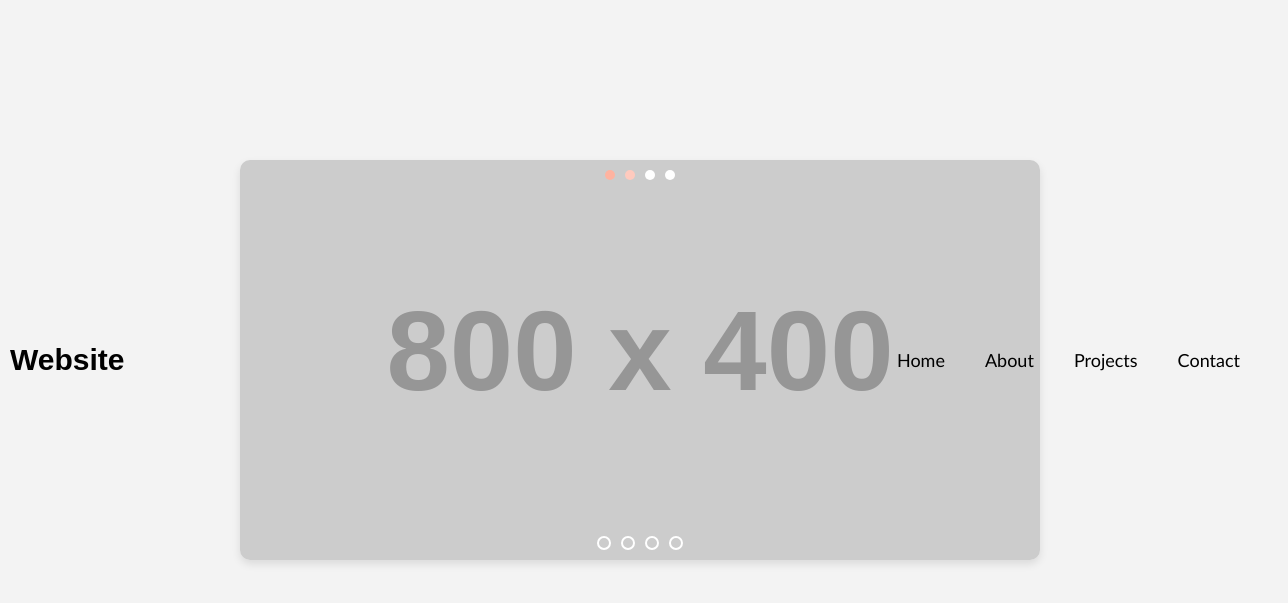
Repository: alishbah7/Choice1
Page: index.html
These files come from the project's save history. The page is drawn as it stood at one moment and after the next save; the edit follows.
The browser window is 1280 px wide. The page is 1280 px wide, then 1288 px, so the pictures cover 1288 px, including what lies to the right of the window. The pictures show the whole page.

Above is the page before, as saved 2024-11-23 20:36:42.

### index.html
<!DOCTYPE html>
<html lang="en">
<head>
    <meta charset="UTF-8">
    <meta name="viewport" content="width=device-width, initial-scale=1.0">
    <title>Navbar</title>

    <!--=== CSS ===-->
    <link rel="stylesheet" href="style.css">

    <!--=== BOXICONS ===-->
    <link href='https://unpkg.com/boxicons@2.1.4/css/boxicons.min.css' rel='stylesheet' />
</head>
<body>
    <!------------ header ------------>
    <header>
        <h1>Website</h1>

        <input type="checkbox" id="check" />
        <label for="check" class="icon">
            <i class="bx bx-menu" id="menu-icon"></i>
            <i class="bx bx-x" id="close-icon"></i>
        </label>

        <nav class="navbar">
            <a href="#" class="nav-item" style="--i: 1" data-aos="fade-down">Home</a>
            <a href="#" class="nav-item" style="--i: 2" data-aos="fade-down">About</a>
            <a href="#" class="nav-item" style="--i: 3" data-aos="fade-down">Projects</a>
            <a href="#" class="nav-item" style="--i: 4" data-aos="fade-down">Contact</a>
        </nav>
    </header>

    <!------------ home ------------>
    <div class="slider">
        <div class="slides">
          <!-- Radio Buttons for Manual Navigation -->
          <input type="radio" name="radio-btn" id="slide1" checked>
          <input type="radio" name="radio-btn" id="slide2">
          <input type="radio" name="radio-btn" id="slide3">
          <input type="radio" name="radio-btn" id="slide4">

          <!-- Slide Images -->
          <div class="slide first">
            <img src="https://via.placeholder.com/800x400?text=Slide+1" alt="Slide 1">
          </div>
          <div class="slide">
            <img src="https://via.placeholder.com/800x400?text=Slide+2" alt="Slide 2">
          </div>
          <div class="slide">
            <img src="https://via.placeholder.com/800x400?text=Slide+3" alt="Slide 3">
          </div>
          <div class="slide">
            <img src="https://via.placeholder.com/800x400?text=Slide+4" alt="Slide 4">
          </div>

          <!-- Automatic Navigation -->
          <div class="navigation-auto">
            <div class="auto-btn1"></div>
            <div class="auto-btn2"></div>
            <div class="auto-btn3"></div>
            <div class="auto-btn4"></div>
          </div>

          <!-- Manual Navigation -->
          <div class="navigation-manual">
            <label for="slide1" class="manual-btn"></label>
            <label for="slide2" class="manual-btn"></label>
            <label for="slide3" class="manual-btn"></label>
            <label for="slide4" class="manual-btn"></label>
          </div>
        </div>
      </div>

</body>
</html>

### style.css
/* --==== HEADER ====-- */
body{
    width: 100%;
    box-sizing: border-box;
}

header {
    color: white;
    position: fixed;
    width: 100%;
    height: 60px;
    display: flex;
    justify-content: space-between;
    align-items: center;
    padding: 0 10px;
    z-index: 5;
}
header h1{
    font-size: 30px;
    color: black;
}
.navbar{
    display: flex;
    padding: 0 30px;
    gap: 40px;
}
#circleIcon{
    font-size: 6px;
}
.nav-item {
    font-family: 'Gill Sans', 'Gill Sans MT', Calibri, 'Trebuchet MS', sans-serif;
    color: black;
    font-size: 18px;
    text-decoration: none;
    transition: all 0.5s ease;

}
.icon {
    position: absolute;
    right: 5%;
    font-size: 36.8px;
    color: black;
    cursor: pointer;
    display: none;
}

#check {
    display: none;
}
@media (max-width: 870px) {
    #circleIcon{
        display: none;
    }
    header{
        height: 40px;
    }
    header::before {
        position: absolute;
        content: "";
        inset: 0;
        width: 100%;
        backdrop-filter: blur(20px);
        z-index: -1;
    }

    header::after {
        position: absolute;
        content: "";
        top: 0;
        left: -100%;
        width: 100%;
        height: 100%;
        transition: 0.8s;
    }
    .icon {
        display: inline-flex;
    }
    #check:checked ~ .icon #menu-icon {
        display: none;
    }
    .icon #close-icon {
        display: none;
    }
    #check:checked ~ .icon #close-icon {
        display: block;
    }
    .navbar {
        padding: 0;
        display: block;
        position: absolute;
        top: 100%;
        left: 0;
        width: 100%;
        height: 0;
        background: black;
        backdrop-filter: blur(50px);
        box-shadow: 0 8px 16px rgba(0, 0, 0, 0.1);
        overflow: hidden;
        transition: all 0.3s ease;
    }
    #check:checked ~ .navbar {
        height: 256px;
    }
    .nav-item {
        color: white;
        display: block;
        font-size: 17.6px;
        margin: 32px 0;
        text-align: center;
        transform: translateY(-50px);
        opacity: 0;
        transition: all 0.3s ease;
    }
    .nav-item:hover::after {
        width: auto;
    }
    #check:checked ~ .navbar a {
        transform: translateY(0);
        opacity: 1;
        transition-delay: calc(0.15s * var(--i));
    }
}
@media screen and (max-width: 350px) {
    header h1{
      font-size: 20px;
    }
}



/* General Reset */
* {
    margin: 0;
    padding: 0;
    box-sizing: border-box;
  }

  body {
    display: flex;
    justify-content: center;
    align-items: center;
    height: 100vh;
    background: #f3f3f3;
    font-family: Arial, sans-serif;
  }

  .slider {
    width: 800px;
    height: 400px;
    overflow: hidden;
    border-radius: 10px;
    position: relative;
    box-shadow: 0 4px 8px rgba(0, 0, 0, 0.1);
  }

  .slides {
    display: flex;
    width: 400%;
    height: 100%;
  }

  .slides input {
    display: none;
  }

  .slide {
    width: 100%;
    height: 100%;
    transition: transform 0.6s ease-in-out;
  }

  .slide img {
    width: 100%;
    height: 100%;
    object-fit: cover;
  }

  .navigation-manual {
    position: absolute;
    width: 100%;
    bottom: 10px;
    display: flex;
    justify-content: center;
    gap: 10px;
  }

  .manual-btn {
    border: 2px solid #fff;
    padding: 5px;
    border-radius: 50%;
    cursor: pointer;
    transition: background 0.3s;
  }

  .manual-btn:hover {
    background: #fff;
  }

  #slide1:checked ~ .first {
    transform: translateX(0);
  }

  #slide2:checked ~ .first {
    transform: translateX(-100%);
  }

  #slide3:checked ~ .first {
    transform: translateX(-200%);
  }

  #slide4:checked ~ .first {
    transform: translateX(-300%);
  }

  /* Automatic Navigation */
  .navigation-auto {
    position: absolute;
    display: flex;
    width: 100%;
    justify-content: center;
    top: 10px;
    gap: 10px;
  }

  .navigation-auto div {
    width: 10px;
    height: 10px;
    background: #fff;
    border-radius: 50%;
    animation: slide 16s infinite;
  }

  .navigation-auto .auto-btn1 {
    animation-delay: 0s;
  }

  .navigation-auto .auto-btn2 {
    animation-delay: 4s;
  }

  .navigation-auto .auto-btn3 {
    animation-delay: 8s;
  }

  .navigation-auto .auto-btn4 {
    animation-delay: 12s;
  }

  @keyframes slide {
    25% {
      background: #ff7e5f;
    }
    50% {
      background: #fff;
    }
  }

After the next save:
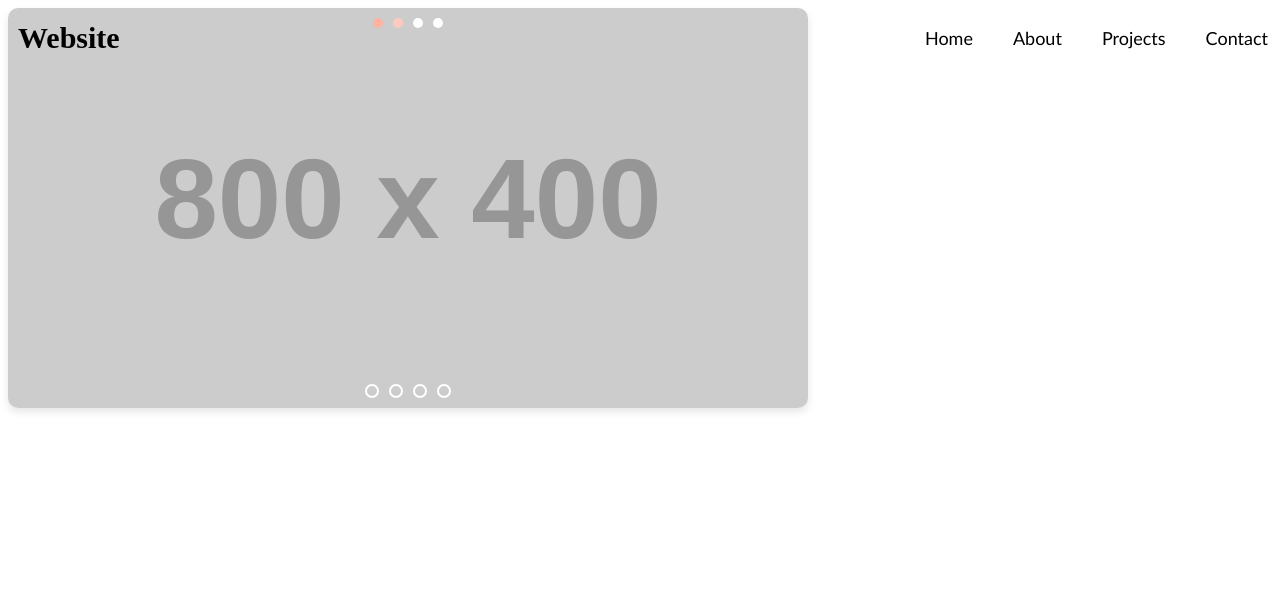
Saved 3 min 57 s later.
--- a/style.css
+++ b/style.css
@@ -129,7 +129,7 @@ header h1{
 
 
 /* General Reset */
-* {
+/* * {
     margin: 0;
     padding: 0;
     box-sizing: border-box;
@@ -142,7 +142,7 @@ header h1{
     height: 100vh;
     background: #f3f3f3;
     font-family: Arial, sans-serif;
-  }
+  } */
 
   .slider {
     width: 800px;
